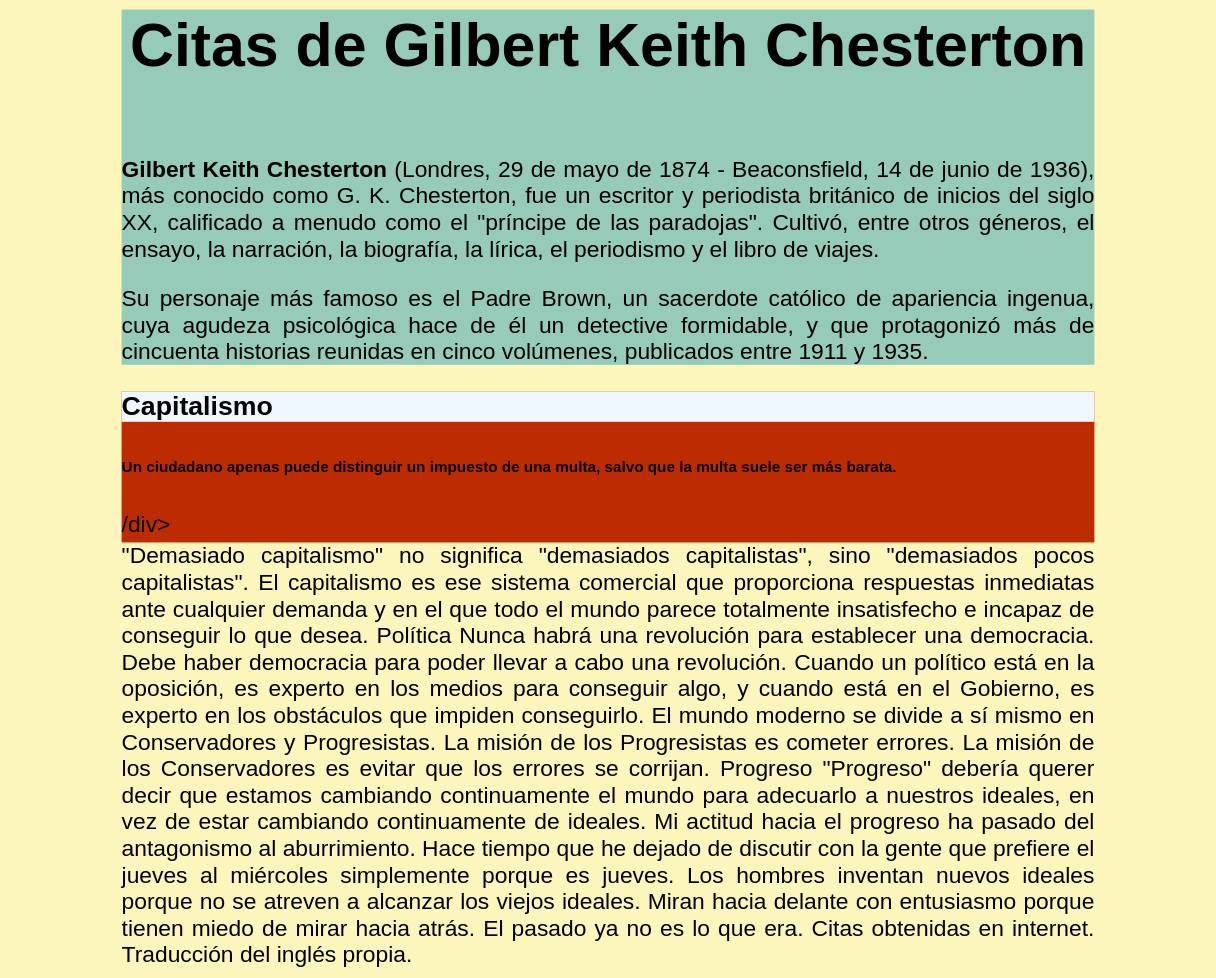
Repository: EmilyMachuca-Developer/Advanced-Programming-Projects
Page: index.html
The author's editor kept a copy of each file at every save. The page is drawn from the files as they stood at one save, then again after a run of saves.
The browser window is 1280 px wide. The pictures show the whole page, at 95% of full size.

Above is the page before, as saved 2024-02-26 20:28:59.

### index.html
<html lang="es">
<head>
<meta charset="utf-8">
<link rel="stylesheet" href="Taller 2/css/style.css">
<title>Emily Machuca</title>
</head>

<body>
    <div style="background-color: rgb(150, 202, 185);">
        <h1>Citas de Gilbert Keith Chesterton</h1> <br><br>
        <p><strong>Gilbert Keith Chesterton</strong> (Londres, 29 de mayo de 1874 - Beaconsfield, 14 de junio de 1936), más conocido como G. K. Chesterton, fue un escritor y periodista británico de inicios del siglo XX, calificado a menudo como el "príncipe de las paradojas". Cultivó, entre otros géneros, el ensayo, la narración, la biografía, la lírica, el periodismo y el libro de viajes.</p>
        <p>Su personaje más famoso es el Padre Brown, un sacerdote católico de apariencia ingenua, cuya agudeza psicológica hace de él un detective formidable, y que protagonizó más de cincuenta historias reunidas en cinco volúmenes, publicados entre 1911 y 1935.</p>
    </div>
<section><div style="background-color: aliceblue;"><h3>Capitalismo</h3></div>

    <div><h6>Un ciudadano apenas puede distinguir un impuesto de una multa, salvo que la multa suele ser más barata.</h6>/div></section>



"Demasiado capitalismo" no significa "demasiados capitalistas", sino "demasiados pocos capitalistas".

El capitalismo es ese sistema comercial que proporciona respuestas inmediatas ante cualquier demanda y en el que todo el mundo parece totalmente insatisfecho e incapaz de conseguir lo que desea.

Política

Nunca habrá una revolución para establecer una democracia. Debe haber democracia para poder llevar a cabo una revolución.

Cuando un político está en la oposición, es experto en los medios para conseguir algo, y cuando está en el Gobierno, es experto en los obstáculos que impiden conseguirlo.

El mundo moderno se divide a sí mismo en Conservadores y Progresistas. La misión de los Progresistas es cometer errores. La misión de los Conservadores es evitar que los errores se corrijan.

Progreso

"Progreso" debería querer decir que estamos cambiando continuamente el mundo para adecuarlo a nuestros ideales, en vez de estar cambiando continuamente de ideales.

Mi actitud hacia el progreso ha pasado del antagonismo al aburrimiento. Hace tiempo que he dejado de discutir con la gente que prefiere el jueves al miércoles simplemente porque es jueves.

Los hombres inventan nuevos ideales porque no se atreven a alcanzar los viejos ideales. Miran hacia delante con entusiasmo porque tienen miedo de mirar hacia atrás.

El pasado ya no es lo que era.

Citas obtenidas en internet. Traducción del inglés propia.
</body>
</html>

### Taller 2/css/style.css
body {
    margin: 10px 10%;
    background-color: fcf6bd;
    font-family: sans-serif;
    font-size: 1.5rem;
    text-align: justify;
  }

  header {
    padding: 0 10px;
    background-color: hwb(0 94% 6% / 0.767);
  }

  h1 {
    margin: 0;
    font-size: 4rem;
    text-align: center;
  }

  main {
    display: block;
    border: white 2px solid;
    padding: 10px;
  }

  section {
    padding-bottom: 5px;
    background-color: hwb(14 0% 26%)
  }

  section + section {
    margin-top: 40px;
  }

  h2 {
    margin: 0;
    padding-left: 10px;
    background-color: white;
  }

  section p {
    border: hwb(16 45% 27%)10px solid;
    margin: 20px 10%;
    padding: 10px;
    color: white;
    line-height: 200%;
  }

  footer {
    border-top: black 5px solid;
    margin: 20px 0;
    padding: 0 10px;
    background-color: hwb(15 50% 40%);
    font-size: 1.2rem;
  }

After the next 2 saves:
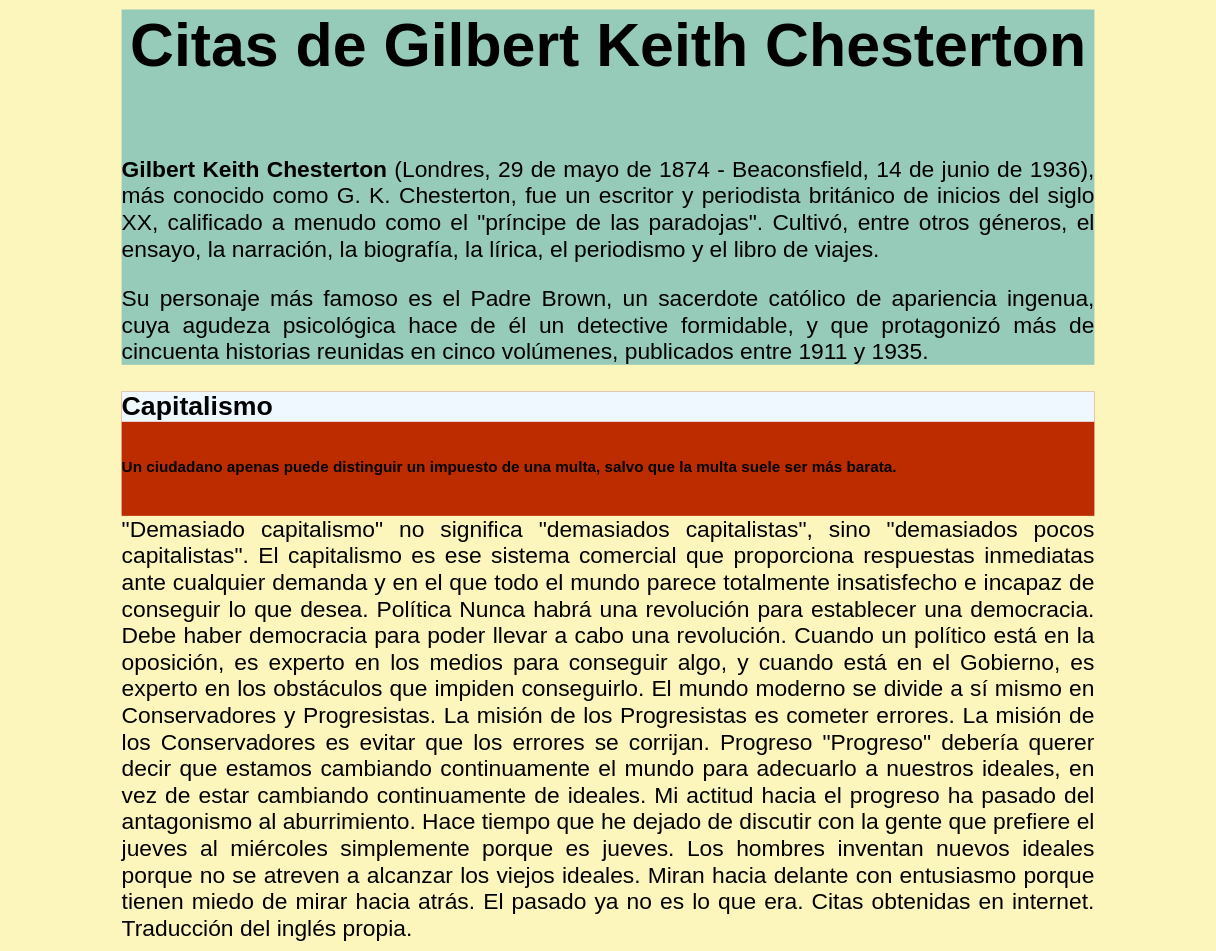
The 2 saves are shown as one change because they came seconds apart.
The last was saved 12 s later.
--- a/index.html
+++ b/index.html
@@ -13,7 +13,7 @@
     </div>
 <section><div style="background-color: aliceblue;"><h3>Capitalismo</h3></div>
 
-    <div><h6>Un ciudadano apenas puede distinguir un impuesto de una multa, salvo que la multa suele ser más barata.</h6>/div></section>
+    <div><h6>Un ciudadano apenas puede distinguir un impuesto de una multa, salvo que la multa suele ser más barata.</h6></section>
 
 
 
